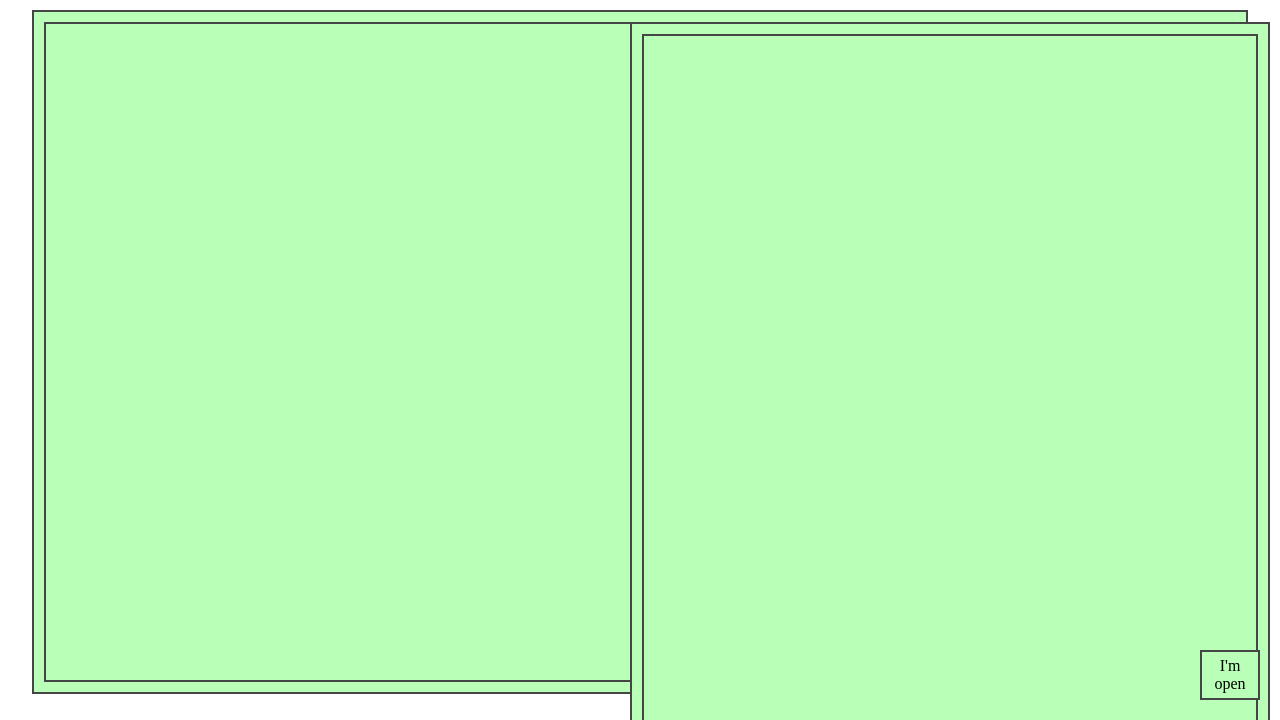
Repository: tannerbroberts/tannerbroberts.github.io
Page: /
The author's editor kept a copy of each file at every save. The page is drawn from the files as they stood at one save, then again after the next save.
The browser window is 1280 px wide. The pictures show the whole page.
The project was rebuilt for these pictures with package versions that can differ from the ones it lists, and the page was loaded fresh each time. Also part of the build but not shown: vite.config.ts.

Above is the page before, as saved 2022-10-04 10:16:32.

### src/index.js
import React from "react"
import ReactDOM from "react-dom/client"
import App from "./App"
import ATP_ContextProvider from "./providers/ATP_Context"

const root = ReactDOM.createRoot(document.getElementById("root"))
root.render(
	<React.StrictMode>
		<ATP_ContextProvider>
			<React.StrictMode>
				<App />
			</React.StrictMode>
		</ATP_ContextProvider>
	</React.StrictMode>
)

### src/App.js
import React from "react"
import { cssHelper } from "./api/cssHelper"
import Main from "./components/Main"
import Shelf from "./components/Shelf"

function App() {
	const AppCSS = {
		...cssHelper,
		height: "95vh",
		width: "95vw",
		marginTop: "10px",
		display: "flex",
		position: "relative",
	}

	return (
		<div style={AppCSS}>
			<Main />
			<Shelf />
		</div>
	)
}

export default App

### src/providers/ATP_Context.js
/* eslint-disable react/prop-types */
import React, { useContext, useReducer, createContext } from "react"
import ATP_Reducer, { initialState } from "./ATP_Reducer"

export const ATP_StateContext = createContext()
export const ATP_DispatchContext = createContext()

export default function ATP_ContextProvider({ children }) {
	const [state, dispatch] = useReducer(ATP_Reducer, initialState)

	return (
		<ATP_StateContext.Provider value={state}>
			<ATP_DispatchContext.Provider value={dispatch}>
				{children}
			</ATP_DispatchContext.Provider>
		</ATP_StateContext.Provider>
	)
}

export const useATP_StateContext = () => useContext(ATP_StateContext)
export const useATP_DispatchContext = () =>
	useContext(ATP_DispatchContext)

### src/api/cssHelper.js
export const cssHelper = {
	boxSizing: "border-box",

	height: "100%",
	width: "100%",
	// border: "2px solid black",
	margin: "auto",
	padding: "10px",
	gap: "10px",
	display: "grid",
	// gridTemplateRows / gridTemplateColumns
	gridTemplate: "1fr / 1fr",
	backgroundColor: "rgb(185, 255, 183)",
	border: "2px solid rgb(69, 69, 69)",
}

export const mainColor = {
	backgroundColor: "blue",
}

### src/components/Shelf/index.js
export { default } from "./Shelf"

### src/providers/ATP_Reducer.js
export const initialState = {
	mainStack: [
		/* main frames */
		{ frameType: "", value: "" },
	],
	shelf: {
		/* directly corresponds to the main frame */
	},
	shelfOpen: true,
	library: [
		/* All items live here. Eventually, they're going to be returned from the server */
	],
	filters: [
		/* object list of matchers
		{complexVariableMatcher: criteria list}
		{nameContains: STRING},
		{containsVariable: VARIABLE_ID},
		{color: COLOR},
		{pattern: PATTERN},
		{owner: USER_ID},
		{createdBy: DATE},
		{length: TIME_LENGTH},
		{pattern: PATTERN},
		*/
	],
}

function loadFrame(state, action) {
	const stack = state.mainFrame
	stack.push(action.value)
	return { ...state, mainFrame: stack }
}

function closeFrame(state) {
	const stack = state.mainFrame
	stack.pop()
	return { ...state, mainFrame: stack }
}

function toggleShelf(state) {
	return { ...state, shelfOpen: !state?.shelfOpen }
}

const dispatchDictionary = {
	LOAD_FRAME: loadFrame,
	CLOSE_FRAME: closeFrame,
	TOGGLE_SHELF: toggleShelf,
}

export default function ATP_Reducer(state, action) {
	console.log('calling a reducer function now')
	if (action.type && dispatchDictionary[action.type])
		return dispatchDictionary[action.type](state, action)
}

### src/components/Main/Main.js
import React from "react"
import { cssHelper } from "../../api/cssHelper"

const MainCSS = {
	...cssHelper,
	width: "100%",
}

export default function Main() {
	return <div style={MainCSS} />
}

### src/components/Shelf/Shelf.js
/* eslint-disable react/prop-types */
import React from "react"
import { cssHelper } from "../../api/cssHelper"
import ShelfToggle from "./ShelfToggle"
import { useATP_StateContext } from "../../providers/ATP_Context"

const shelfContentCSS = (openStatus) => {
	const obj = { ...cssHelper }
	openStatus ? '' : (obj.display = "none")

	return obj
}

const shelfCSS = (openStatus) => {
	const obj = { ...cssHelper, position: "fixed", width: "50%" }
	openStatus ? obj.right = "10px" : (obj.right = "-100px")

	return obj
}

export default function Shelf() {
	const { shelfOpen } = useATP_StateContext()

	return (
		<div style={shelfCSS(shelfOpen)}>
			<div style={shelfContentCSS(shelfOpen)}></div> {/** content area */}
			<ShelfToggle />
		</div>
	)
}

### src/components/Shelf/ShelfToggle/index.js
export { default } from './ShelfToggle'

### src/components/Shelf/ShelfToggle/ShelfToggle.js
/* eslint-disable react/prop-types */
import React from "react"
import { useATP_StateContext } from "../../../providers/ATP_Context"
import { useATP_DispatchContext } from "../../../providers/ATP_Context"
import { cssHelper } from '../../../api/cssHelper'

export default function ShelfToggle() {
	const state = useATP_StateContext()
	const dispatch = useATP_DispatchContext()

	const shelfToggleCSS = {
		...cssHelper,
		position: "fixed",
		bottom: "20px",
		right: "20px",
		height: "50px",
		width: "60px",
		padding: "5px",
		textAlign: "center",
	}

	return (
		<div
			style={shelfToggleCSS}
			onClick={() => dispatch({ type: "TOGGLE_SHELF" })}
		>
			{state?.shelfOpen ? "I'm open" : "I'm closed"}
		</div>
	)
}

Loaded but not shown: public/index.html (common file); src/components/Main/index.js (common file)

After the next save:
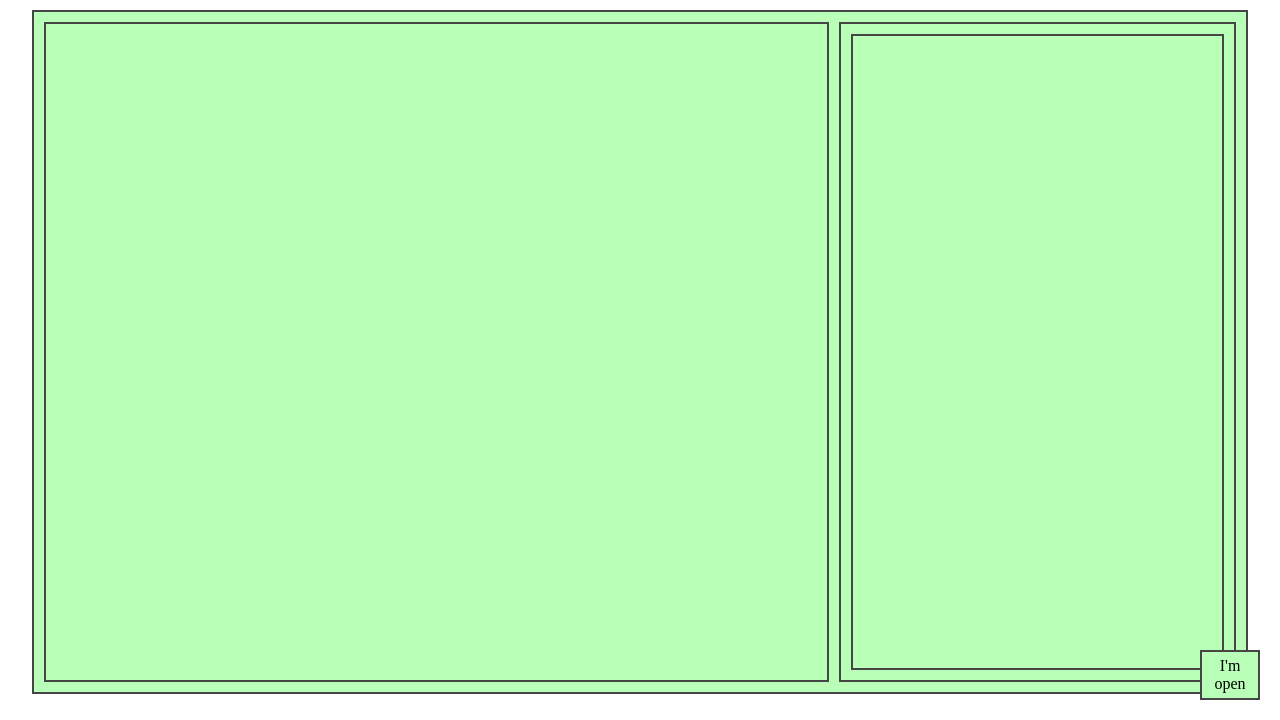
Saved 11 s later.
--- a/src/components/Shelf/Shelf.js
+++ b/src/components/Shelf/Shelf.js
@@ -12,7 +12,7 @@ const shelfContentCSS = (openStatus) => {
 }
 
 const shelfCSS = (openStatus) => {
-	const obj = { ...cssHelper, position: "fixed", width: "50%" }
+	const obj = { ...cssHelper, width: "50%" }
 	openStatus ? obj.right = "10px" : (obj.right = "-100px")
 
 	return obj
